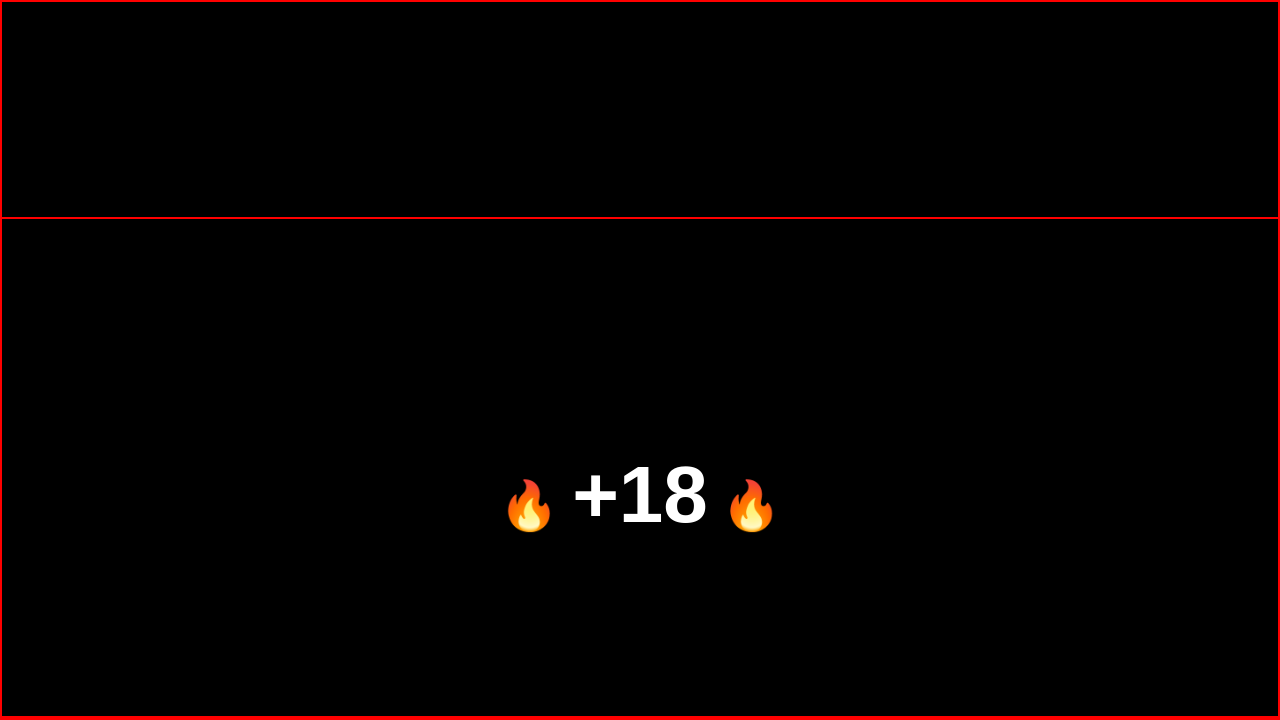
Repository: odiloalmeida/inever
Page: index.html
The author's editor kept a copy of each file at every save. The page is drawn from the files as they stood at one save, then again after the next save.
The browser window is 1280 px wide. The pictures show the whole page.

Above is the page before, as saved 2023-01-31 22:29:18.

After the next save:
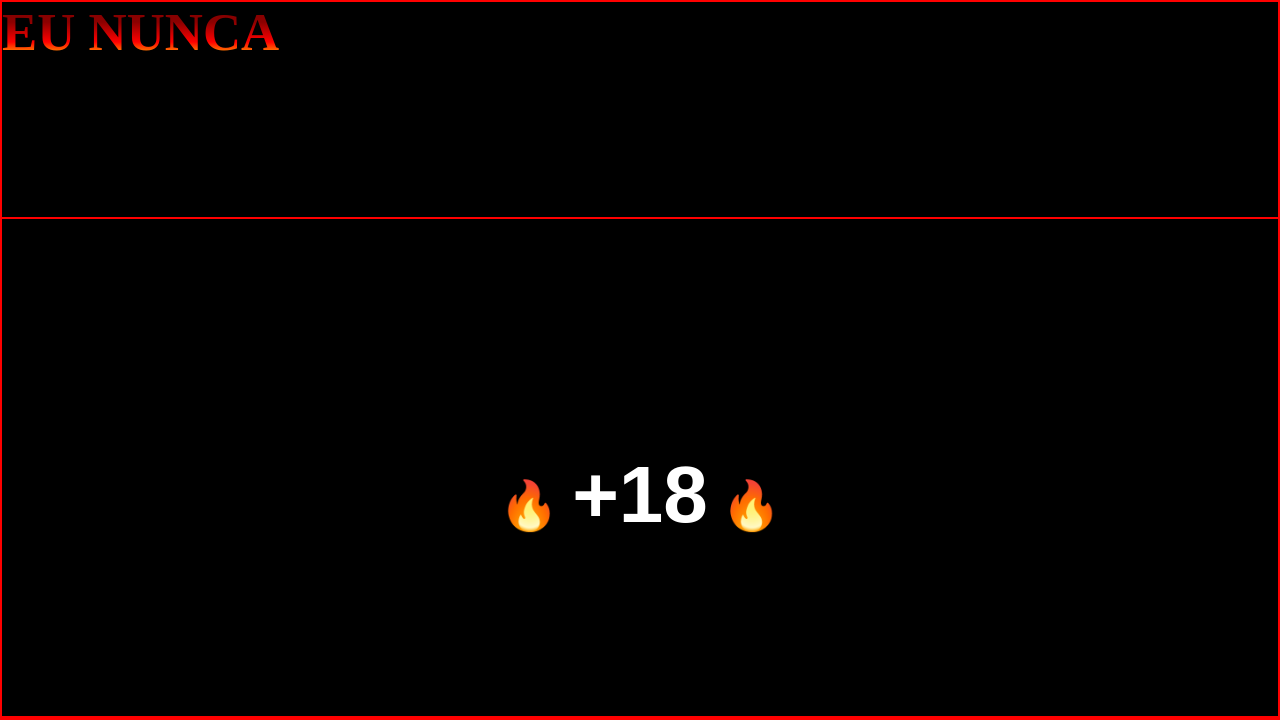
Saved 37 s later.
--- a/style.css
+++ b/style.css
@@ -18,6 +18,16 @@ body {
 div {
     width: 100%;
     height: 30vh;
+}
+
+h1 {
+    background-image: linear-gradient(to bottom,#800000,#8B0000, red, yellow);
+    background-clip: text;
+    -webkit-background-clip: text;
+    -webkit-text-fill-color: transparent;
+    color: black;
+    font-size: 3.3rem;
+    font-weight: 900;
 }
 
 button {
